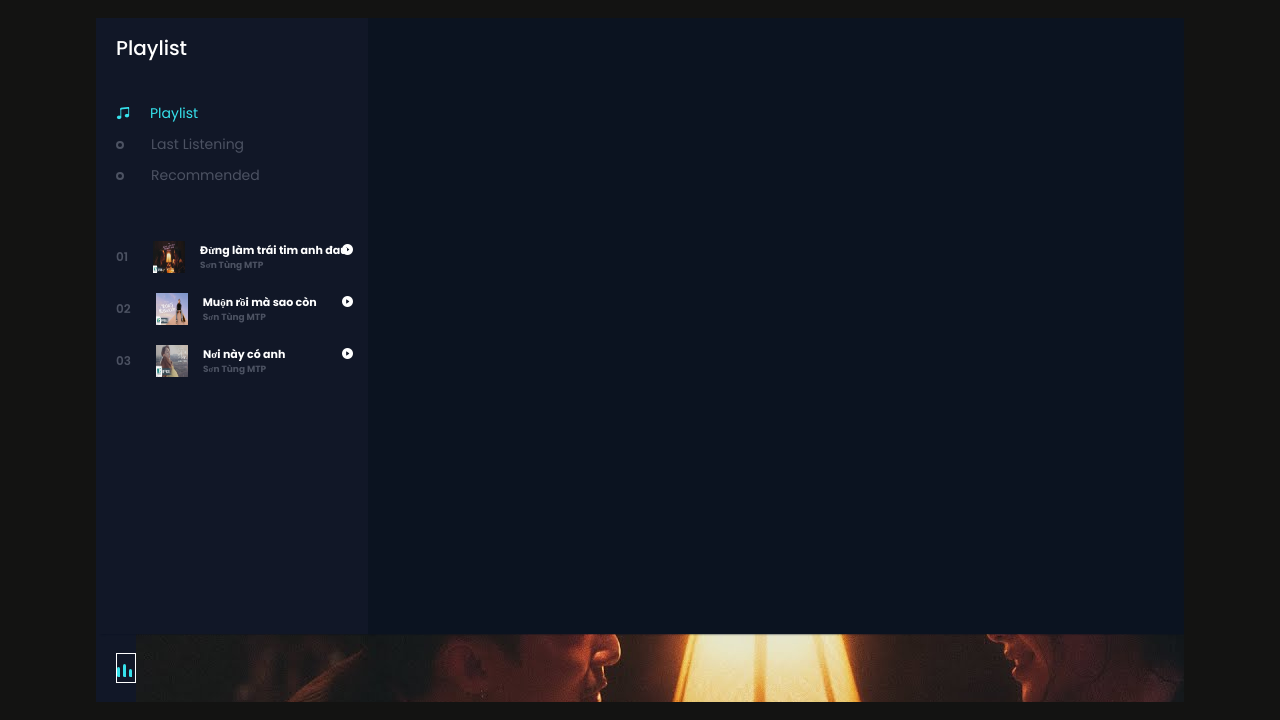
Repository: reminzuetto/Music-Website
Page: index.html
An editor plug-in stored every save of this project. The page is shown before and after the next save, followed by the edit.
The browser window is 1280 px wide. The pictures show the whole page.

Above is the page before, as saved 2024-06-10 23:27:27.

After the next save:
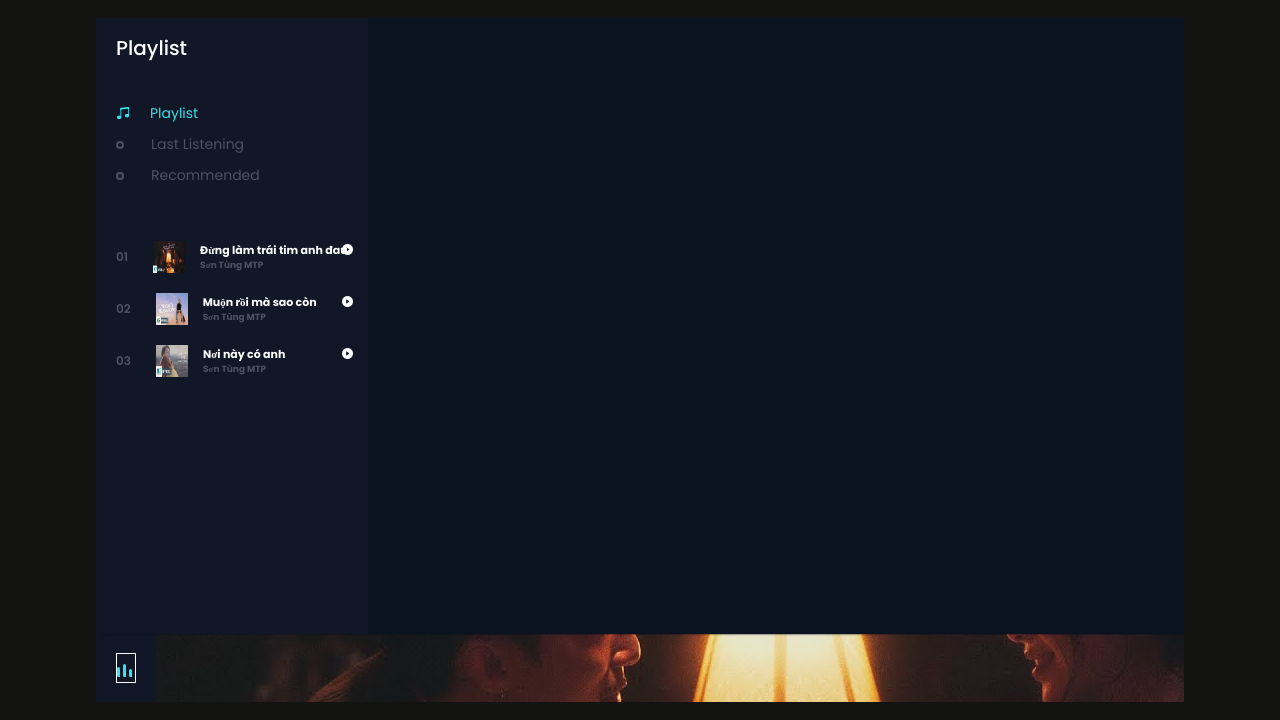
Saved 33 s later.
--- a/style.css
+++ b/style.css
@@ -209,3 +209,10 @@ header .master_play .active2 .wave1:nth-child(3) {
     height: 10px;
   }
 }
+
+header .master_play img {
+  margin-left: 20px;
+  font-size: 20px;
+  color: #36e2ec;
+  cursor: pointer;
+}
